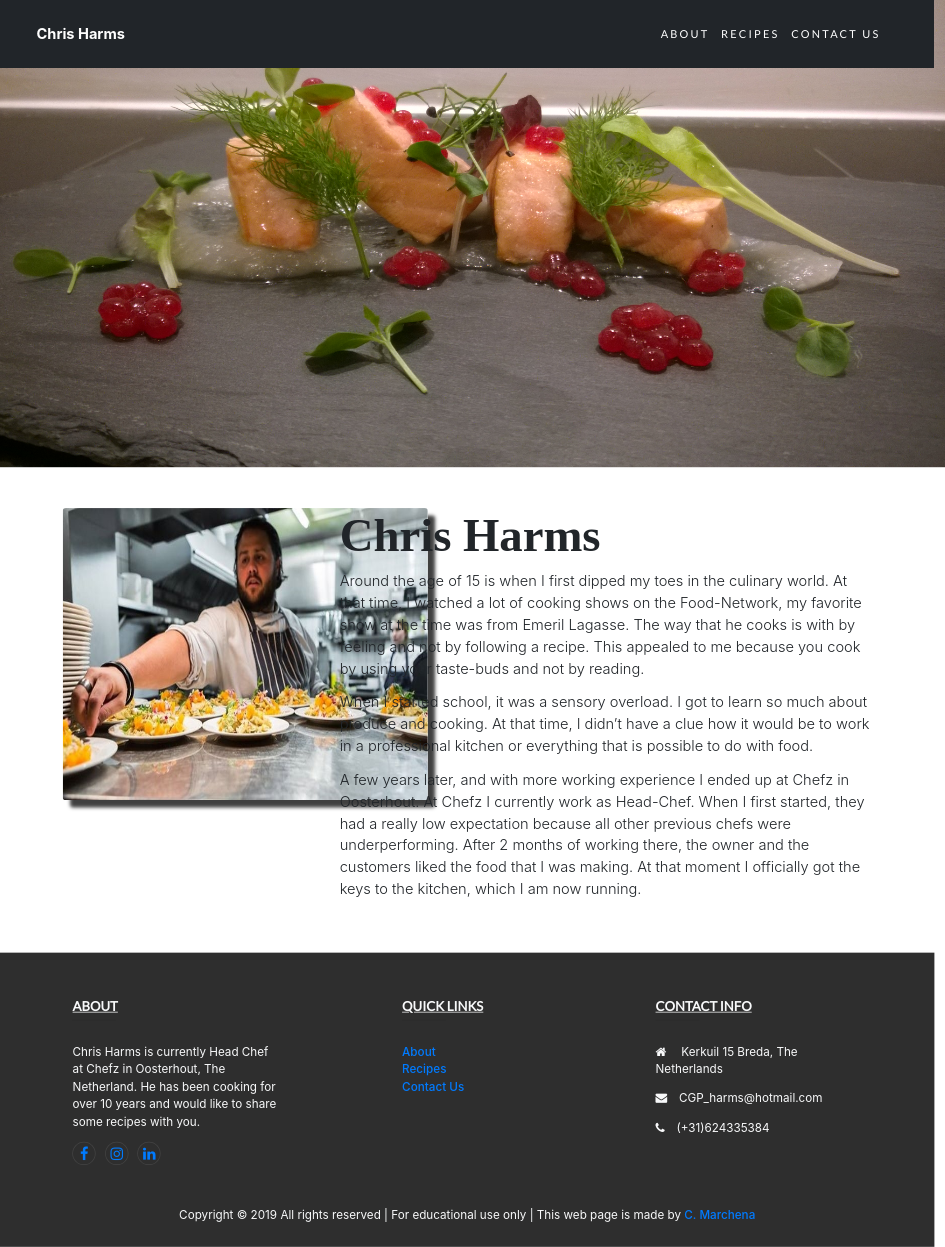
Repository: dugudugu/chris-harms-web
Page: about.html
The author's editor kept a record of every edit. The page is drawn from the files as they stood at one moment, then again after the next edit.
The browser window is 1280 px wide. The page is 1295 px wide, so the pictures cover 1295 px, including what lies to the right of the window. The pictures show the whole page, at 73% of full size.
Some web fonts or font styles are not loaded; a fallback is used.

Above is the page before.

After the next edit:
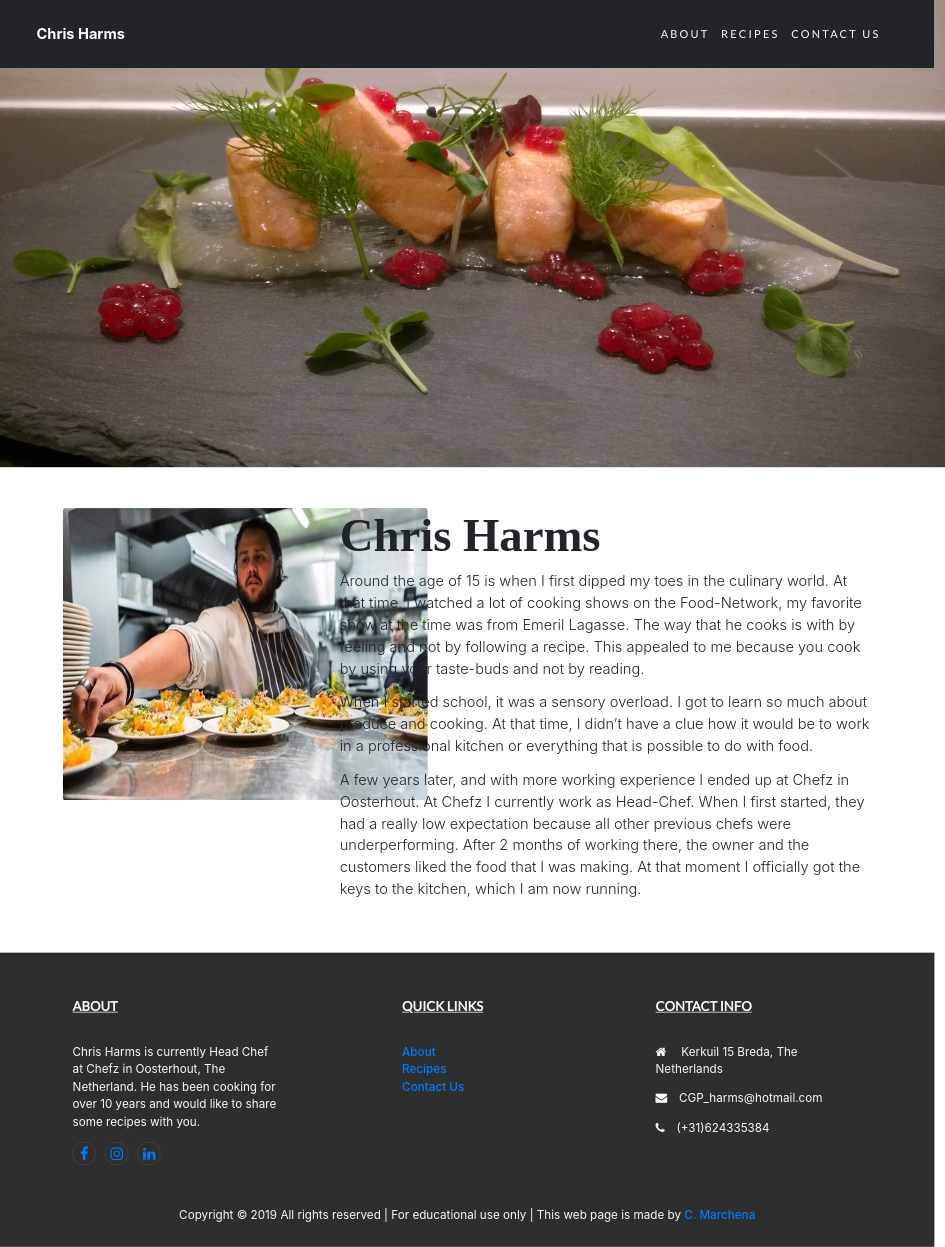
The edit:
--- a/css/about.css
+++ b/css/about.css
@@ -25,17 +25,7 @@
 }
 
 
-/* ----------------------------------------------------    Main ------------*/
 
-.rounded {
-    /* border-radius: .25rem!important; */
-    border-radius: 44px 44px 44px 44px;
-    -moz-border-radius: 44px 44px 44px 44px;
-    -webkit-border-radius: 44px 44px 44px 44px;
-    /* border: 0px solid #000000; */
-    box-shadow: 10px 10px 5px 0px rgba(0,0,0,0.75);
-    margin-bottom: 20px;
-}
 
 
 

After the edit that followed:
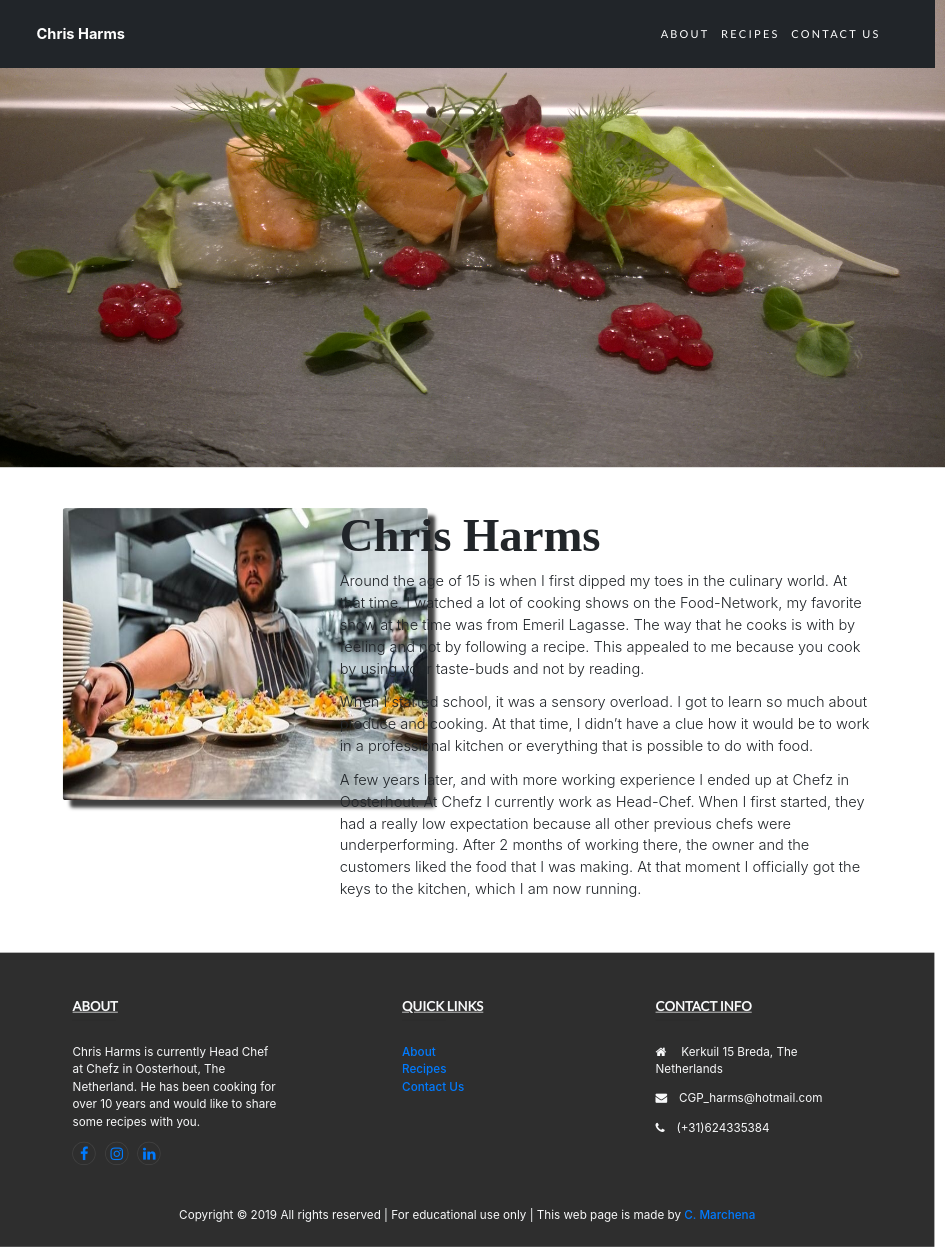
The edit:
--- a/css/about.css
+++ b/css/about.css
@@ -71,7 +71,17 @@
 }
 
 
-
+/* ----------------------------------------------------    Main ------------*/
+
+.rounded {
+    /* border-radius: .25rem!important; */
+    border-radius: 44px 44px 44px 44px;
+    -moz-border-radius: 44px 44px 44px 44px;
+    -webkit-border-radius: 44px 44px 44px 44px;
+    /* border: 0px solid #000000; */
+    box-shadow: 10px 10px 5px 0px rgba(0,0,0,0.75);
+    margin-bottom: 20px;
+}
 
 
 
